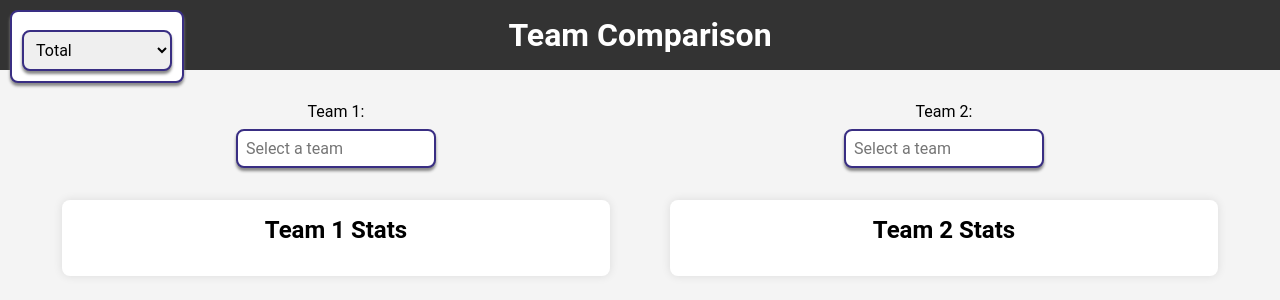
Repository: Enzo-py/dataviz-project-m1
Page: team_page.html
An editor plug-in stored every save of this project. The page is shown before and after the next save, followed by the edit.
The browser window is 1280 px wide. The pictures show the whole page.
Some web fonts or font styles are not loaded; a fallback is used.

Above is the page before, as saved 2024-12-14 16:51:24.

After the next save:
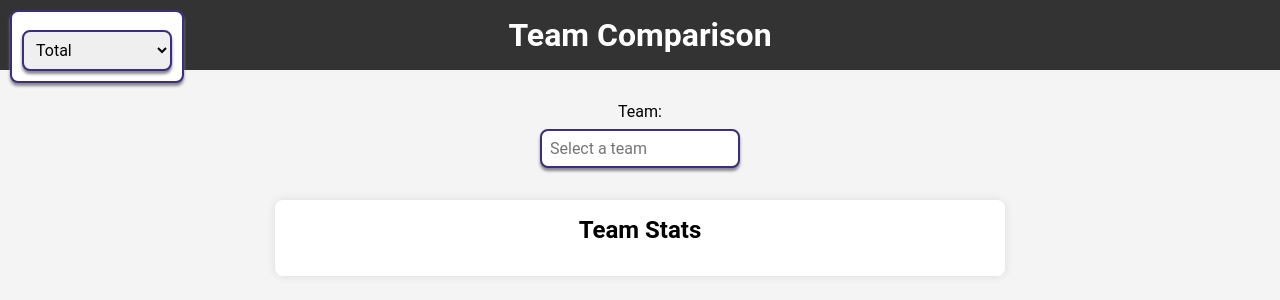
Saved 109 s later.
--- a/team_page.html
+++ b/team_page.html
@@ -31,12 +31,8 @@
         <!-- Move the team-selection above the team stats -->
         <div class="team-selection">
             <div class="team">
-                <label for="team1">Team 1:</label>
+                <label for="team1">Team:</label>
                 <input type="text" id="team1" list="teams" placeholder="Select a team">
-            </div>
-            <div class="team">
-                <label for="team2">Team 2:</label>
-                <input type="text" id="team2" list="teams" placeholder="Select a team">
             </div>
             <datalist id="teams">
                 <!-- Options will be populated dynamically -->
@@ -45,11 +41,7 @@
 
         <section class="comparison-results">
             <div class="team-stats" id="team1-stats">
-                <h2>Team 1 Stats</h2>
-                <!-- Stats will be populated dynamically -->
-            </div>
-            <div class="team-stats" id="team2-stats">
-                <h2>Team 2 Stats</h2>
+                <h2>Team Stats</h2>
                 <!-- Stats will be populated dynamically -->
             </div>
         </section>
--- a/js/team_page.js
+++ b/js/team_page.js
@@ -54,12 +54,10 @@ document.addEventListener("DOMContentLoaded", function() {
     load_data();
 
     document.getElementById("team1").addEventListener("change", updateStats);
-    document.getElementById("team2").addEventListener("change", updateStats);
     document.getElementById("season").addEventListener("change", updateStats);
 
     function updateStats() {
         const team1 = document.getElementById("team1").value;
-        const team2 = document.getElementById("team2").value;
         const season = document.getElementById("season").value;
 
         if (season && ctx.teams[season]) {
@@ -70,19 +68,11 @@ document.addEventListener("DOMContentLoaded", function() {
                 } else {
                     document.getElementById("team1-stats").innerHTML = `<p>No data available for ${team1} in ${season}.</p>`;
                 }
-            }
-
-            if (team2) {
-                const data2 = ctx.teams[season].find(team => team.TeamName === team2);
-                if (data2) {
-                    document.getElementById("team2-stats").innerHTML = `<h2>${team2} Stats (${season})</h2><p>${JSON.stringify(data2)}</p>`;
-                } else {
-                    document.getElementById("team2-stats").innerHTML = `<p>No data available for ${team2} in ${season}.</p>`;
-                }
+            } else {
+                document.getElementById("team1-stats").innerHTML = `<p>Please select a team.</p>`;
             }
         } else {
             document.getElementById("team1-stats").innerHTML = `<p>Please select a valid season.</p>`;
-            document.getElementById("team2-stats").innerHTML = `<p>Please select a valid season.</p>`;
         }
     }
 });
--- a/css/team_page.css
+++ b/css/team_page.css
@@ -48,7 +48,7 @@ menu.team-selection {
 
 .comparison-results {
     display: flex;
-    justify-content: space-around;
+    justify-content: center; /* Center the single stats section */
 }
 
 .team-stats {
@@ -56,7 +56,7 @@ menu.team-selection {
     padding: 1rem;
     border-radius: 8px;
     box-shadow: 0 0 10px rgba(0, 0, 0, 0.1);
-    width: 45%;
+    width: 60%; /* Adjust width as needed */
 }
 
 .team-stats h2 {
